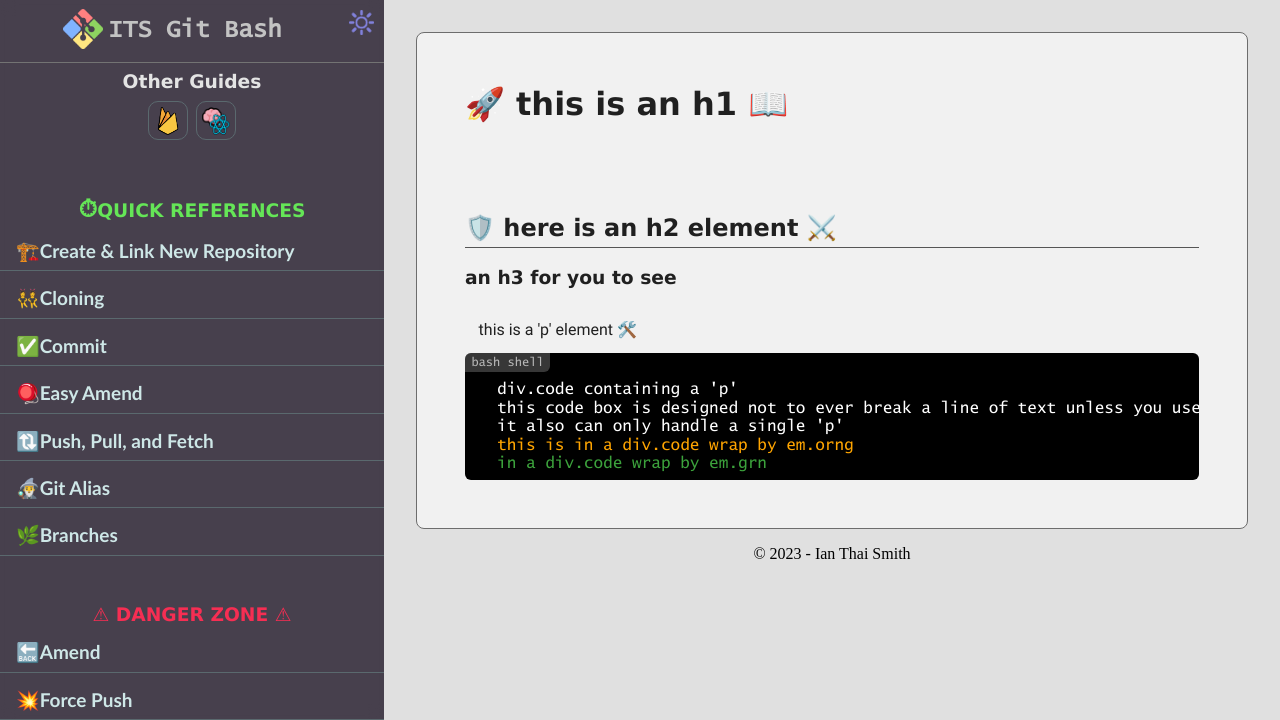
Repository: whyDoILoveThis/project__ITS_Git_Bash
Page: html/easy-amend.html
The author's editor kept a copy of each file at every save. The page is drawn from the files as they stood at one save, then again after the next save.
The browser window is 1280 px wide. The pictures show the whole page.

Above is the page before, as saved 2025-07-06 06:17:44.

### html/easy-amend.html
<!DOCTYPE html>
<html lang="en">
  <head>
    <meta charset="UTF-8" />
    <meta name="viewport" content="width=device-width, initial-scale=1.0" />
    <link rel="stylesheet" href="/css/normalize.css" />
    <link rel="stylesheet" href="/css/style.css" />
    <title>new-page</title>
  </head>
  <body>
    <!--!!!!!-->
    <!--! MAIN-WRAP -->
    <div class="main-wrap">
      <section class="article-wrap">
        <article class="article">
          <h1>🚀 this is an h1 📖</h1>
          <h2>🛡️ here is an h2 element ⚔️</h2>
          <h3>an h3 for you to see</h3>
          <p>this is a 'p' element 🛠️</p>
          <div class="code">
            <p>
              div.code containing a 'p' <br />
              this code box is designed not to ever break a line of text unless
              you use a 'br' linebreak element <br />
              it also can only handle a single 'p' <br />
              <em class="orng">this is in a div.code wrap by em.orng</em
              ><br /><em class="grn">in a div.code wrap by em.grn</em>
            </p>
          </div>
        </article>
      </section>
    </div>
    <!--! MAIN-WRAP -->
    <!--! !!!!!!! -->
    <script src="/JS/dynamic-nav.js"></script>
  </body>
</html>

### css/style.css


/*TODO: REFACTOR FOR BETTER ORGANIZATION
        AND REMOVING REDUNDANCIES*/

        :root {
            --size--brightness-toggler: 50px;
        }


.gradient {
    width: 100vw;
    height: 100vh;
    background: rgb(52,30,84);
background: linear-gradient(360deg, rgba(52,30,84,1) 0%, rgba(67,41,166,1) 100%);
}

@font-face {
    font-family: LucidaConsole;
    src: url(/fonts/lucon.ttf);

}

@font-face {
    font-family: Roboto;
    src: url(/fonts/Roboto-Regular.ttf);
}

body {
    font-family: 'Lucida Sans', 'Lucida Sans Regular', 'Lucida Grande', 'Lucida Sans Unicode', Geneva, Verdana, sans-serif;
    transition: background-color 0.3s ease-in;
    background-color: rgb(36, 31, 35);

}

body::-webkit-scrollbar-track
{
	-webkit-box-shadow: inset 0 0 6px rgba(0,0,0,0.3);
	border-radius: 10px;
	background-color: rgb(52, 29, 69);
}

body::-webkit-scrollbar
{
    border-radius: 10px;

	width: 5px;
	background-color: rgb(50, 41, 56);
}

body::-webkit-scrollbar-thumb
{
	border-radius: 10px;
	-webkit-box-shadow: inset 0 0 6px rgba(0,0,0,.3);
	background-color: #8181DB;
}



ul {
    list-style-type: none;
    padding: 0;
    padding-bottom: 4rem;
    margin: 0;
}

ul li {
    padding: 1rem 0 0.5rem 1rem;
    border-bottom: 0.5px solid rgb(90, 105, 110);
}

li a {
    text-decoration: none;
    color: rgb(206, 231, 231);
    font-family: 'Trebuchet MS', 'Lucida Sans Unicode', 'Lucida Grande', 'Lucida Sans', Arial, sans-serif;
    font-weight: 600;
    text-decoration-thickness: 0px;
    font-size: 19px;
}

a {
    color: rgb(45, 143, 248);
    text-decoration: none;
}

a:hover {
    font-weight: 600;
    text-decoration: underline;
}

li a:hover {
    text-decoration: underline;
    text-decoration-thickness: 2px;
    text-decoration-color: rgb(110, 203, 103);
}

em {
    font-style: normal;
}

.main-wrap {
    display: flex;
    height: 100%;
    width: 100%;
}

/** NAV */

.nav {
    z-index: 100;
    background: rgba(50, 41, 56, 0.877);
    backdrop-filter: blur(8px);
    -webkit-backdrop-filter: blur(8px);
    display: flex;
    flex-direction: column;
    width: 30%;
    height: 100%;
    position: fixed;
    overflow: auto;
    transition: all 0.37s ease-out;
}

.nav::-webkit-scrollbar-track
{
	-webkit-box-shadow: inset 0 0 6px rgba(0,0,0,0.3);
	border-radius: 10px;
	background-color: rgb(50, 41, 56);
}

.nav::-webkit-scrollbar
{
    border-radius: 10px;

	width: 3px;
	background-color: rgb(50, 41, 56);
}

.nav::-webkit-scrollbar-thumb
{
	border-radius: 10px;
	-webkit-box-shadow: inset 0 0 6px rgba(0,0,0,.3);
	background-color: #8181DB;
}


.logo-wrap {
    height: auto;
    max-height: 40px;
    display: flex;
    align-items: center;
    justify-content: center;
    gap: 0.3rem;
    padding: 0.7rem;
    border-bottom: 1px solid rgb(115, 115, 115);
    padding-right: var(--size--brightness-toggler);

}

.logo__icon {
    width: 8vw;
    max-width: 40px;
    height: 8vw;
    max-height: 40px;
    display: inline;
}

.logo__tag {
    color: rgb(195, 195, 195);
    font-family:  LucidaConsole, Arial, Helvetica, sans-serif;
    white-space: 1px;
    font-size: 24px;
    font-weight: 600;
    margin: 0;
}

.dark-mode-toggler-wrap {
    position: absolute;
    top: 10px;
    right: 10px;

}

.other-guides-wrap {
    margin: 0.5rem;
    display: flex;
    justify-content: center;
    align-self: center;
    gap: 0.5rem;
}

.other-guides-wrap > a > img {
    width: 28px;
}

.other-guides-heading {
    color: rgb(228, 228, 228);
    margin-top: 0;
}

.guide-link {
    border: 1px solid rgb(90, 105, 110);
    border-radius: 10px;
    display: flex;
    justify-content: center;
    padding: 0.3rem;
    transition: background-color 0.4s;
}

.guide-link:hover {
    background-color: rgba(255, 255, 255, 0.117);
}

.quick-ref-heading {
    color: rgb(101, 230, 87);
    text-transform: uppercase;
}

.quick-ref-heading::before {
    content: '⏱';
    font-size: 24px;
}

.article-wrap {
    margin-left: 30%;
    width: calc(70% - 2rem * 2);
    padding: 2rem;
}

.article {
    border: 1px solid rgb(109, 109, 109);
    border-radius:8px;
    display: flex;
    flex-direction: column;
    padding: 3rem;
    padding-top: 2rem;

    background-color: rgb(49, 49, 49);
    color: rgba(255, 255, 255, 0.90);
    transition: background-color 0.4s ease-in, color 0.5s ease-in;

}

.article__heading,
.article h2.h2--large {
    text-align: center;
    font-size: 32px;
    margin: 0.8rem;
    border: 0;
}

.article h2 {
    margin: 4.4rem 0 0rem 0;
    border-bottom: 1px solid #555;
    padding-bottom: 0.3rem;
}


.article > p {
    font-family: Roboto, Arial, Helvetica, sans-serif;
    margin: 0.85rem;
}

.emoji {
    display: inline;
    width: 20px;
}

.emoji--rocket {
    content: url(/img/emoji-rocket.PNG);
}

.code {
    font-family: LucidaConsole, Arial, Helvetica, sans-serif;
    white-space: nowrap;
    background-color: black;
    color: white;
    font-style: normal;
    width: 100%;
    display: flex;
    flex-direction: column;
    border-radius: 6px;
    overflow: auto;
}

.code p::selection,
.code em::selection {
    background: rgba(214, 172, 238, 0.273);
    color: inherit;
}

.code::-webkit-scrollbar {
    width: 12px;
    background-color: #F5F5F5;
    height: 7px;
}
.code::-webkit-scrollbar-thumb {
    border-radius: 1px;
    -webkit-box-shadow: inset 0 0 6px rgba(0,0,0,.3);
    background-color: #555;
}
.code::-webkit-scrollbar-track {
    -webkit-box-shadow: inset 0 0 6px rgba(0,0,0,0.3);
    border-radius: 1px;
    background-color: #F5F5F5;
}


.code::before {
    content: 'bash shell';
    background-color: rgb(55, 55, 55);


    align-self: flex-start;

    color: rgb(184, 184, 184);
    padding: 0.25rem 0.4rem 0.1rem 0.4rem;
    border-radius: 6px 0px 6px 0;
    font-size: 12px;
}

.code--html::before {
    content: 'HTML';
    color: rgb(255, 72, 0);
    letter-spacing: 1px;
}

.code--js::before {
   content: 'javascript';
   color: yellow;
}

.code--json::before {
    content: 'json';
    color: rgb(93, 184, 93);
}

.code--file-struct::before {
    content: '📁';
    font-size: 20px;
}

.code p {
    margin: 0.5rem 0 0.5rem 2rem;
    display: inline-block;
    flex: 0 0 100%;
}

.comnt {
    color: rgb(123, 123, 123);
}

.orng {
    color: orange;
}

.grn {
    color: rgb(60, 162, 60);
}

.blu {
    color: rgb(74, 189, 255);
}

.red {
    color: rgb(246, 46, 83);
}

/** BUTTONS */

.btn-group {
    display: flex;
    gap: 0.5rem;
}

.btn {
    position: relative;
    z-index: 99;
    width: 100%;
    font-family: Roboto, Arial, Helvetica, sans-serif;
    font-size: 24px;
    text-shadow: 0 0 2px rgba(0, 0, 0, 0.577);
    padding: 10px 20px;
    background-color: #27396a;

    color: #6cbbfb;
    cursor: pointer;
    border-radius: 10px;
    border: 1.5px solid rgb(0, 0, 0);
    margin-top: 1rem;
}

.btn--important {
    color: rgb(252, 107, 107);
    background-color: rgb(83, 32, 32);
}

.btn--more-info-box {

    font-family: Roboto, Arial, Helvetica, sans-serif;
    background-color: #eeeeee;
    background-color: #363232;

    color: #202020;
    color: rgba(255, 255, 255, 0.90);
    position: relative;
    top: -1rem;
    padding: 1rem;
    border-radius: 8px;
    text-align: center;
    border: 1.5px solid rgb(0, 115, 225);
    animation: 0.5s ease-in-out;
    transform-origin: top center;
    transition: background-color 0.4s ease-in, color 0.5s ease-in;
}

.btn--more-info-box.hidden {
    display: none;

}

@keyframes bounceDown {
    0% {
        transform: scaleY(0);
        opacity: 0;
    }
    70% {
        transform: scaleY(1.04);
        opacity: 1;
    }
    100% {
        transform: scaleY(1);
        opacity: 1;
    }
}

@keyframes bounceUp {
    0% {
        transform: scaleY(1);
        opacity: 1;
    }

    20% {
        transform: scaleY(1.04);
        opacity: 0.8;
    }

    100% {
        transform: scaleY(0);
        opacity: 0.2;
    }
}

.btn--more-info-box p {
    text-align: left;
}

.btn--more-info-box h2 {
    margin-top: 2.5rem;
}

.btn--more-info-box h3 {
    margin-top: 1.5rem;
    margin-bottom: 0;
}

@media screen and (min-width: 768px) {
    .nav-toggler {
        position: fixed;
        display: none;
        visibility: hidden;
    }
}

@media screen and (max-width: 778px) {
    ul li {
        padding: 0.8rem 0.3rem 0.5rem 0.8rem;
    }

    li a {
        font-size: 17px;
    }

    .nav {
        margin: 0;
        width: 100%;
        height: 60px;
        overflow: hidden;
        border-top-right-radius: 0;
        border-bottom-left-radius: 10px;
        border-bottom-right-radius: 10px;
        box-shadow: 1px 1px 1px 3px rgba(0, 0, 0, 0.179);
    }

    .nav-expanded {
        width: 85%;
        height: 100%;
        overflow-y: auto;
        box-shadow: 1px 1px 0px 700px rgba(0, 0, 0, 0.5);
        border-bottom-left-radius: 0;
    }

    .nav-expanded .nav-toggler {
        position: absolute;
        transform: translateY(60px);
    }

    .logo-wrap {
        place-self: center;
        padding-right: var(--size--brightness-toggler);
        padding-left: var(--size--brightness-toggler);
    }
    .logo__icon {
        height: 40px;
        width: 40px;
    }
    .dark-mode-toggler-wrap {
        position: absolute;
        top: 15px;
        right: 10px;

    }
    .nav-toggler {
       width: 40px;
       position: absolute;
       left: 10px;

       transition: all 0.2s;
    }

    .logo__tag {
        font-size: 22px;
        white-space: nowrap;
    }

    .article-wrap {
        margin: 0;
        width: calc(100% - 0.5rem * 2);
         padding: 0.5rem;
         margin-top: 70px;
     }
     .article {
        padding: 0.5rem;
    }
}

.copyright::before {
    content: '© 2023 - Ian Thai Smith ';
    font-family: 'Times New Roman', Times, serif ;
    display: flex;
    justify-content: center;

}

### JS/dynamic-nav.js
const head = document.getElementsByTagName('head')[0];
const tabIcon = document.createElement("link");
tabIcon.href = "/img/git-bash-icon.png";
tabIcon.rel = "icon";
head.appendChild(tabIcon);

const articleWrap = document.querySelector(".article-wrap");

const copyright = document.createElement("p");
copyright.classList.add("copyright");

articleWrap.appendChild(copyright);

// Select the target element
const container = document.querySelector(".main-wrap");

// Create the main navigation element
const navigation = document.createElement("nav");
navigation.classList.add("nav");

function expandNav(){
    navigation.classList.toggle("nav-expanded")
}

const navToggler = document.createElement("img");
navToggler.src = "/img/icon-nav-toggler.png";
navToggler.classList.add("nav-toggler");
navToggler.addEventListener("click", expandNav);



// Create the logo-wrap div
const logoWrap = document.createElement("div");
logoWrap.classList.add("logo-wrap");

// Create the logo icon
const logoIcon = document.createElement("img");
const homeLink = document.createElement("a");
homeLink.href = "/index.html";
logoIcon.src = "/img/git-bash-icon.png";
logoIcon.alt = "";
logoIcon.classList.add("logo__icon");
homeLink.appendChild(logoIcon);


// Create the logo tag
const logoTag = document.createElement("p");
logoTag.classList.add("logo__tag");
logoTag.innerText = "ITS Git Bash";


const darkModeTogglerWrap = document.createElement("div");
darkModeTogglerWrap.classList.add("dark-mode-toggler-wrap");
const darkModeToggler = document.createElement("img");
darkModeTogglerWrap.appendChild(darkModeToggler);
darkModeToggler.src = "/img/icon-brightness-dim.png";
darkModeToggler.style.width = "25px";
darkModeToggler.classList.add(".dark-mode-toggler");

const article = document.querySelector('.article')


darkModeToggler.addEventListener("click", toggleBrightness);

const otherGuidesWrap = document.createElement("div");
otherGuidesWrap.classList.add("other-guides-wrap");

const otherGuides = document.createElement("h3");
otherGuides.innerText = "Other Guides";
otherGuides.classList.add('other-guides-heading');
otherGuides.style.textAlign = "center";
otherGuides.style.marginBottom = "0";
otherGuides.style.marginTop = "0.5rem";

const linkBash = document.createElement('a');
const imgBash = document.createElement("img");
linkBash.classList.add('guide-link');
imgBash.src = "/img/firebase-icon.png";
linkBash.href = "https://its-firebase.vercel.app";
linkBash.appendChild(imgBash);
otherGuidesWrap.appendChild(linkBash);
// another
const linkReact18 = document.createElement('a');
const imgReact18 = document.createElement("img");
linkReact18.classList.add('guide-link');
imgReact18.src = "/img/learn-react18-icon.png";
linkReact18.href = "https://learn-react18.vercel.app";
linkReact18.appendChild(imgReact18);
otherGuidesWrap.appendChild(linkReact18);




const infoBoxes = document.querySelectorAll('.btn--more-info-box');


// Check if 'bright' is stored in localStorage
const storedBright = localStorage.getItem('bright');

// Initialize 'bright' with the stored value (or default to false if not found)
let bright = storedBright === 'false';


function toggleBrightness() {
    bright = !bright;

    // Store the updated 'bright' value in localStorage
    localStorage.setItem('bright', bright);

 // Update UI and apply styles based on 'bright' state

    if(bright){
    fadeOutAndChange(darkModeToggler, "/img/icon-brightness-bright.png");
    document.body.style.backgroundColor = 'rgb(224, 224, 224)';
    article.style.backgroundColor = 'rgb(241, 241, 241)';
    article.style.color = '#202020';
    copyright.style.color = 'black';
    infoBoxes.forEach(infoBox => {
        infoBox.style.backgroundColor = '#eeeeee';
        infoBox.style.color = '#202020';
    });
    } else {
        fadeOutAndChange(darkModeToggler, "/img/icon-brightness-dim.png");
        document.body.style.backgroundColor = 'rgb(36, 31, 35)';
        article.style.backgroundColor = 'rgb(49, 49, 49)';
        article.style.color = 'rgba(255, 255, 255, 0.90)';
        copyright.style.color = 'white';
        infoBoxes.forEach(infoBox => {
            infoBox.style.backgroundColor = '#363232';
            infoBox.style.color = 'rgba(255, 255, 255, 0.90)';
        });
    }
}

function fadeOutAndChange(element, newImageSrc) {
    element.style.opacity = 0;
    setTimeout(() => {

        element.src = newImageSrc;
        element.style.opacity = 1;
    }, 200); // Adjust the time to match your CSS transition duration
}

// Call toggleBrightness to initialize UI based on stored value
toggleBrightness();


// Append the logo icon and tag to the logo-wrap div
logoWrap.appendChild(navToggler);
logoWrap.appendChild(homeLink);
logoWrap.appendChild(logoTag);



// Create the links list
const linkList = document.createElement("ul");
linkList.classList.add("link__list");


const quickRefs = document.createElement("h3");
quickRefs.innerText = "Quick References";
quickRefs.classList.add('quick-ref-heading');
quickRefs.style.textAlign = "center";
quickRefs.style.marginBottom = "0";
quickRefs.style.marginTop = "3rem";
linkList.appendChild(quickRefs);
/****************LINKS****************** */
/****************LINKS****************** */
// Create a list item for the link
const linkItem1 = document.createElement("li");
linkItem1.classList.add("link");
// Create the link itself
const linkCreateNewRepo = document.createElement("a");
linkCreateNewRepo.href = "/html/create-and-link-new-repo.html";
linkCreateNewRepo.innerText = "🏗️Create & Link New Repository";
// Append the link to the list item
linkItem1.appendChild(linkCreateNewRepo);
// Append the list item to the links list
linkList.appendChild(linkItem1);

// Create a list item for the link
const linkItem2 = document.createElement("li");
linkItem2.classList.add("link");
const linkCloning = document.createElement("a");
linkCloning.href = "/html/cloning.html";
linkCloning.innerText = "👯‍♀️Cloning";
// Append the link to the list item
linkItem2.appendChild(linkCloning);
// Append the list item to the links list
linkList.appendChild(linkItem2);

const linkItem3 = document.createElement("li");
linkItem3.classList.add("link");
const linkCommit = document.createElement("a");
linkCommit.href = "/html/commit.html";
linkCommit.innerText = "✅Commit";
linkItem3.appendChild(linkCommit);
linkList.appendChild(linkItem3);

const linkItem3v1 = document.createElement("li");
linkItem3v1.classList.add("link");
const linkEasyAmend = document.createElement("a");
linkEasyAmend.href = "/html/easy-amend.html";
linkEasyAmend.innerText = "🪀Easy Amend";
linkItem3v1.appendChild(linkEasyAmend);
linkList.appendChild(linkItem3v1);

const linkItem4 = document.createElement("li");
linkItem4.classList.add("link");
const linkPushPullAndFetch = document.createElement("a");
linkPushPullAndFetch.href = "/html/push-pull-and-fetch.html";
linkPushPullAndFetch.innerText = "🔃Push, Pull, and Fetch";
linkItem4.appendChild(linkPushPullAndFetch);
linkList.appendChild(linkItem4);

const linkItem7 = document.createElement("li");
linkItem7.classList.add("link");
const linkGitAlias = document.createElement("a");
linkGitAlias.href = "/html/git-alias.html";
linkGitAlias.innerText = "🧙‍♂️Git Alias";
linkItem7.appendChild(linkGitAlias);
linkList.appendChild(linkItem7);

const linkItem8 = document.createElement("li");
linkItem8.classList.add("link");
const linkBranches = document.createElement("a");
linkBranches.href = "/html/branches.html";
linkBranches.innerText = "🌿Branches";
linkItem8.appendChild(linkBranches);
linkList.appendChild(linkItem8);

const dangerZone = document.createElement("h3");
dangerZone.innerText = "⚠ DANGER ZONE ⚠";
dangerZone.style.textAlign = "center";
dangerZone.classList.add("red");
dangerZone.style.marginBottom = "0";
dangerZone.style.marginTop = "3rem";
linkList.appendChild(dangerZone);

const linkItem5 = document.createElement("li");
linkItem5.classList.add("link");
const linkAmend = document.createElement("a");
linkAmend.href = "/html/amend.html";
linkAmend.innerText = "🔙Amend";
linkItem5.appendChild(linkAmend);
linkList.appendChild(linkItem5);

const linkItem6 = document.createElement("li");
linkItem6.classList.add("link");
const linkForcePush = document.createElement("a");
linkForcePush.href = "/html/💥force-push.html";
linkForcePush.innerText = "💥Force Push";
linkItem6.appendChild(linkForcePush);
linkList.appendChild(linkItem6);





/****************LINKS****************** */
/****************LINKS****************** */


// Append the logo-wrap div and links list to the navigation
navigation.appendChild(logoWrap);
navigation.appendChild(darkModeTogglerWrap);
navigation.appendChild(otherGuides);
navigation.appendChild(otherGuidesWrap);
navigation.appendChild(linkList);

// Append the navigation to the container
container.appendChild(navigation);

Loaded but not shown: css/normalize.css (library)

After the next save:
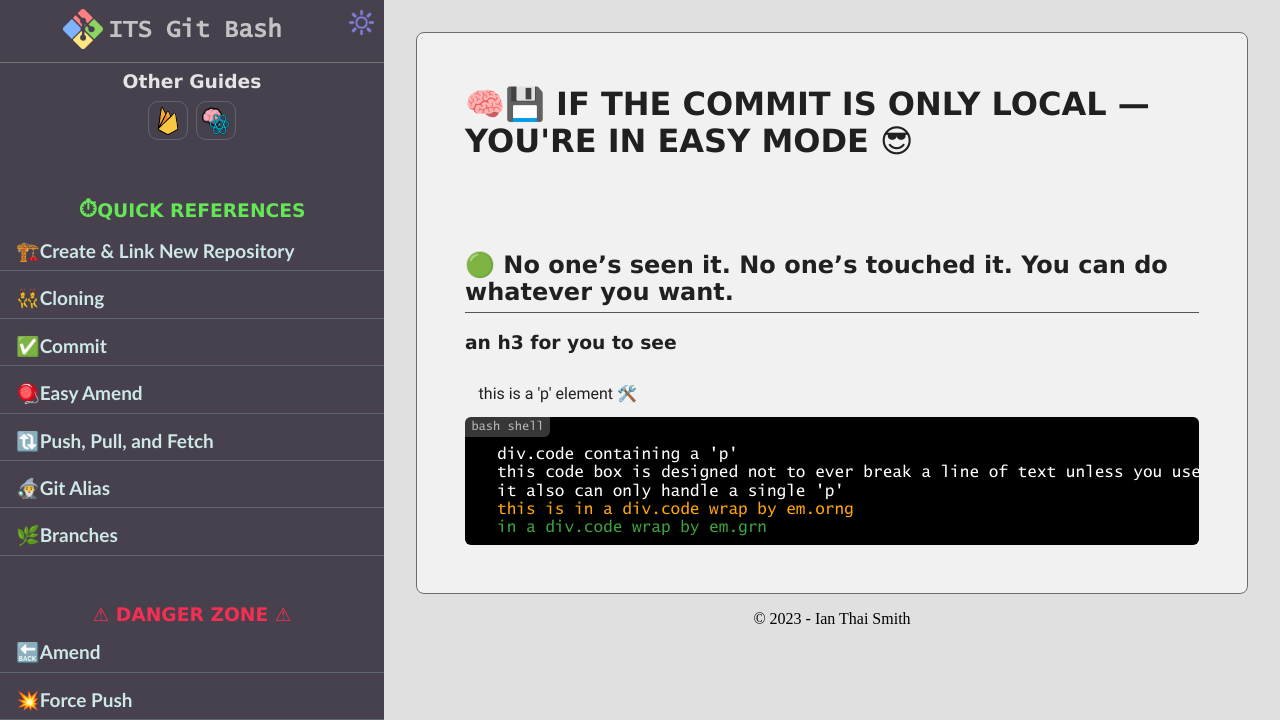
Saved 77 s later.
--- a/html/easy-amend.html
+++ b/html/easy-amend.html
@@ -13,8 +13,11 @@
     <div class="main-wrap">
       <section class="article-wrap">
         <article class="article">
-          <h1>🚀 this is an h1 📖</h1>
-          <h2>🛡️ here is an h2 element ⚔️</h2>
+          <h1>🧠💾 IF THE COMMIT IS ONLY LOCAL — YOU'RE IN EASY MODE 😎</h1>
+          <h2>
+            🟢 No one’s seen it. No one’s touched it. You can do whatever you
+            want.
+          </h2>
           <h3>an h3 for you to see</h3>
           <p>this is a 'p' element 🛠️</p>
           <div class="code">
